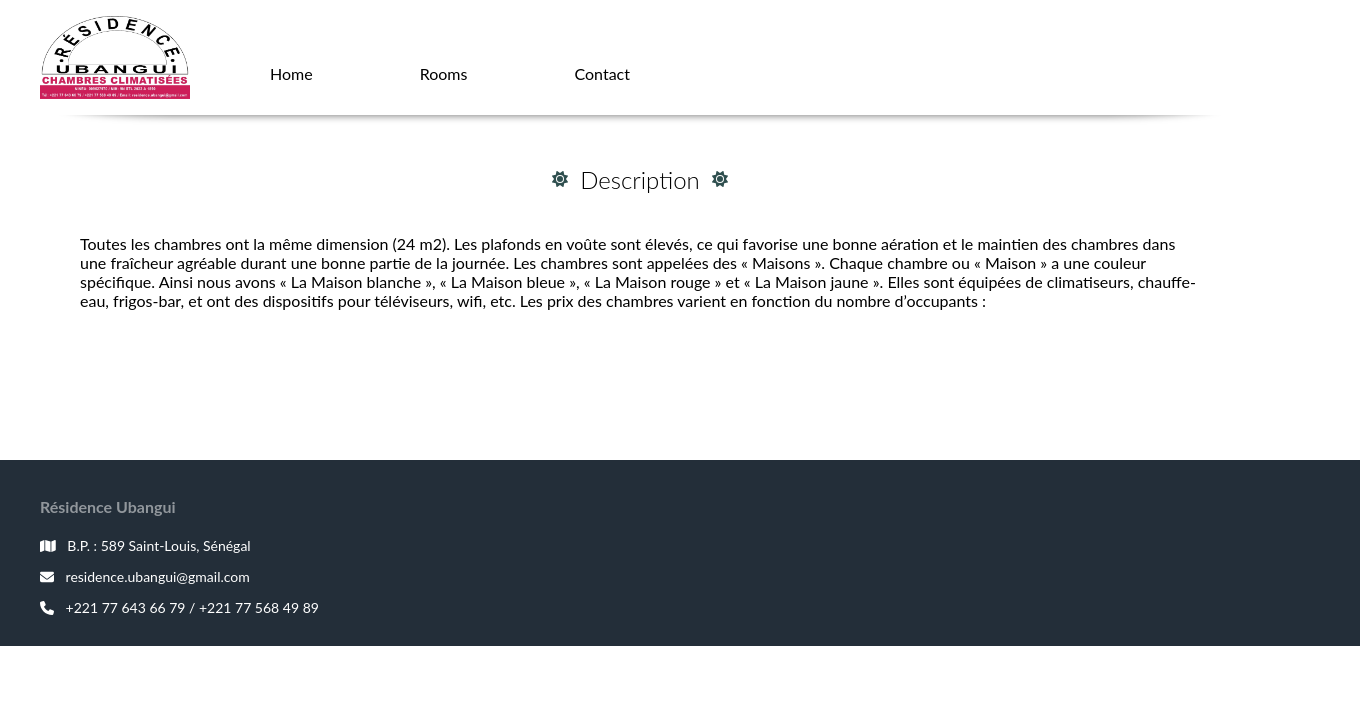
Repository: Nedjim/ubangui
Page: /rooms
An editor plug-in stored every save of this project. The page is shown before and after a run of saves, followed by the edit.
The browser window is 1280 px wide. The page is 1360 px wide, so the pictures cover 1360 px, including what lies to the right of the window. The pictures show the whole page.
The project was rebuilt for these pictures with package versions that can differ from the ones it lists, and the page was loaded fresh each time. The framework's server and built-in components were replaced by stand-ins that run in the browser. Also part of the build but not shown: nuxt.config.ts, components/Carousel.vue, components/Test.vue, components/Title.vue.

Above is the page before, as saved 2024-01-14 12:46:42.

After the next 2 saves:
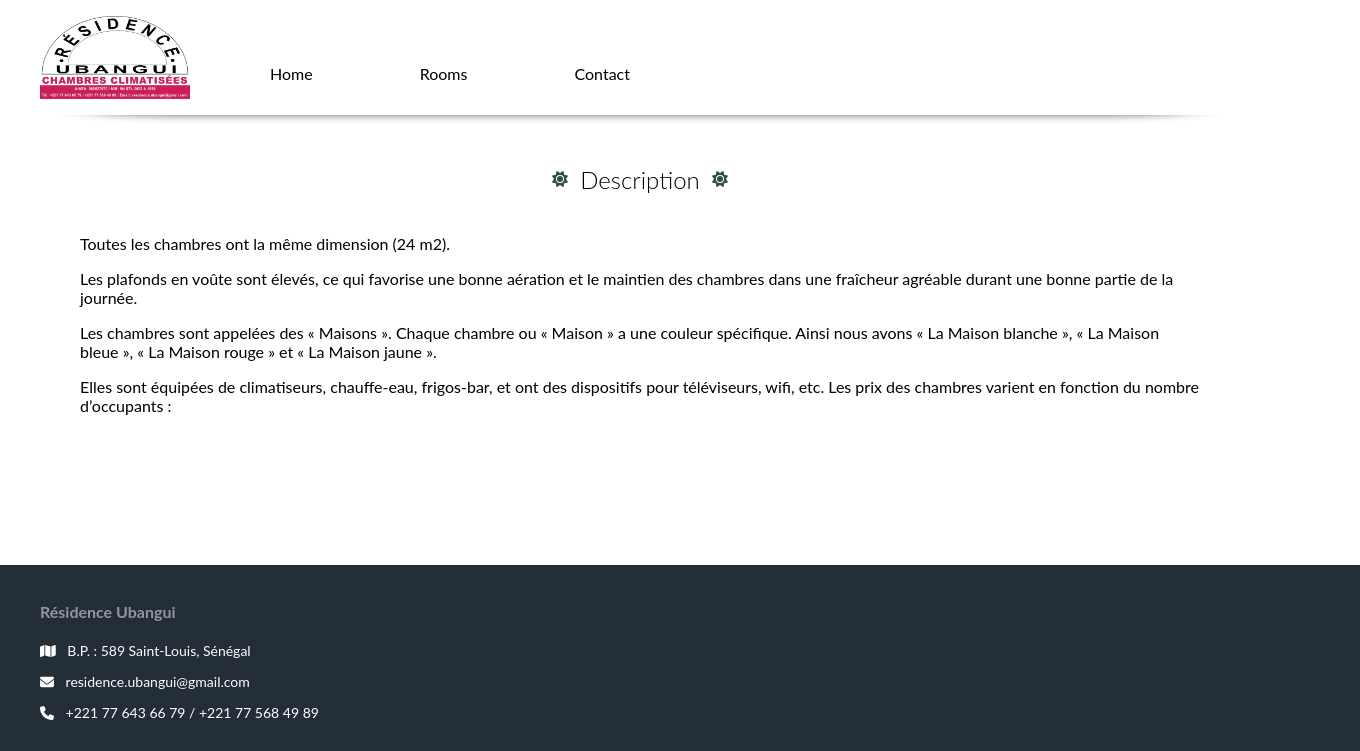
The 2 saves are shown as one change because 1 did not build or start.
The last was saved 4 min 57 s later.
--- a/pages/rooms.vue
+++ b/pages/rooms.vue
@@ -1,13 +1,19 @@
 <script setup lang="ts">
-const content =
-  "Toutes les chambres ont la même dimension (24 m2). Les plafonds en voûte sont élevés, ce qui favorise une bonne aération et le maintien des chambres dans une fraîcheur agréable durant une bonne partie de la journée. Les chambres sont appelées des « Maisons ». Chaque chambre ou « Maison » a une couleur spécifique. Ainsi nous avons « La  Maison blanche », « La Maison bleue », « La Maison rouge » et « La Maison jaune ». Elles sont équipées de climatiseurs, chauffe-eau, frigos-bar,  et ont des dispositifs  pour téléviseurs, wifi, etc. Les prix des chambres varient en fonction du nombre  d’occupants :";
+const rooms_paragraph_1 =
+  "Toutes les chambres ont la même dimension (24 m2).";
+  const rooms_paragraph_2 = "Les plafonds en voûte sont élevés, ce qui favorise une bonne aération et le maintien des chambres dans une fraîcheur agréable durant une bonne partie de la journée.";
+  const rooms_paragraph_3 = "Les chambres sont appelées des « Maisons ». Chaque chambre ou « Maison » a une couleur spécifique. Ainsi nous avons « La  Maison blanche », « La Maison bleue », « La Maison rouge » et « La Maison jaune ».";
+  const rooms_paragraph_4 = "Elles sont équipées de climatiseurs, chauffe-eau, frigos-bar,  et ont des dispositifs  pour téléviseurs, wifi, etc. Les prix des chambres varient en fonction du nombre  d’occupants :";
 </script>
 
 <template>
   <div class="rooms-wrapper">
     <PageTitle title="Description" />
     <div class="content">
-      <p>{{ content }}</p>
+      <p>{{ rooms_paragraph_1 }}</p>
+      <p>{{ rooms_paragraph_2 }}</p>
+      <p>{{ rooms_paragraph_3 }}</p>
+      <p>{{ rooms_paragraph_4 }}</p>
     </div>
   </div>
 </template>
